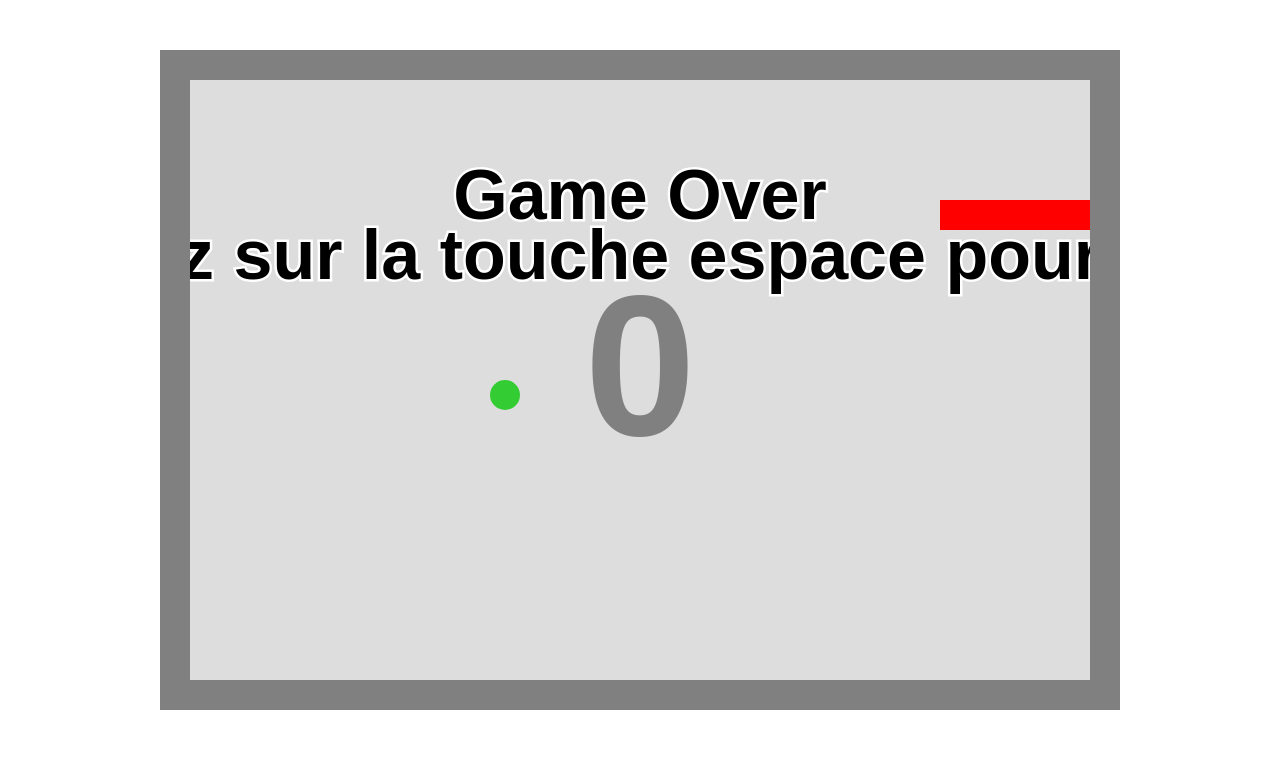
Repository: Loetitia27006/snake
Page: index.html
These files come from the project's save history. The page is drawn as it stood at one moment and after the next save; the edit follows.
The browser window is 1280 px wide. The pictures show the whole page.

Above is the page before, as saved 2023-03-24 16:44:59.

### index.html
<!DOCTYPE html>
<html lang="en">
<head>
    <meta charset="UTF-8">
    <meta http-equiv="X-UA-Compatible" content="IE=edge">
    <meta name="viewport" content="width=device-width, initial-scale=1.0">
    <title>Snake Game</title>
</head>
<body>

</body>
<script src="script.js"></script>
</html>

### script.js
window.onload = function () {
  var canvasWidth = 900;
  var canvasHeight = 600;
  var blockSize = 30;
  var ctx;
  var delay = 100;
  var snakee;
  var applee;
  var widthInBlocks = canvasWidth/blockSize;
  var heightInBlocks = canvasHeight/blockSize;
  var score;

  init();

  function init() {
    var canvas = document.createElement("canvas");
    canvas.width = canvasWidth;
    canvas.height = canvasHeight;
    canvas.style.border = "30px solid gray";
    canvas.style.margin = "50px auto";
    canvas.style.display = "block";
    canvas.style.backgroundColor = "#ddd";
    document.body.appendChild(canvas);
    ctx = canvas.getContext("2d");
    snakee = new Snake([[6, 4],[5, 4],[4, 4],[3, 4], [2, 4]], "right");
    applee = new Apple([10, 10]);
    score = 0;
    refreshCanvas();
  }

  function refreshCanvas() {
    snakee.advance();
    if(snakee.checkCollision()){
        gameOver();
    }else{
      if(snakee.isEatingApple(applee)){
        score++;
        snakee.ateApple = true;
        do{
          applee.setNewPosition();
        }while(applee.isOnSnake(snakee))
      }
      ctx.clearRect(0, 0, canvasWidth, canvasHeight);
      drawScore();
      snakee.draw();
      applee.draw();
      setTimeout(refreshCanvas, delay);
    }

  }
  function gameOver(){
    ctx.save();
    ctx.font = "bold 70px sans-serif";
    ctx.fillStyle = "black";
    ctx.textAlign = "center";
    ctx.textBaseline = "middle";
    ctx.strokeStyle = "white";
    ctx.lineWidth = 5;
    centreX = canvasWidth/2;
    centreY = canvasHeight/2;
    ctx.strokeText("Game Over", centreX, centreY - 180);
    ctx.fillText("Game Over", centreX, centreY-180);
    ctx.strokeText(
      "Appuyez sur la touche espace pour rejouer",
      centreX,
      centreY - 120
    );
    ctx.fillText("Appuyez sur la touche espace pour rejouer",centreX ,centreY-120);

    ctx.restore();
  }

  function restart(){
    snakee = new Snake(
      [
        [6, 4],
        [5, 4],
        [4, 4],
        [3, 4] ,
        [2, 4],
      ],
      "right"
    );
    applee = new Apple([10, 10]);
    score = 0;
    refreshCanvas();
  }

  function drawScore(){
    ctx.save();
    ctx.font = "bold 200px sans-serif";
    ctx.fillStyle = "gray";
    ctx.textAlign = "center";
    ctx.textBaseline = "middle";
    var centreX = canvasWidth/2;
    var centreY = canvasHeight/2;
    ctx.fillText(score.toString(), centreX, centreY);
    ctx.restore();
  }

  function drawBlock(ctx, position){
    var x = position[0] * blockSize;
    var y = position[1] * blockSize;
    ctx.fillRect(x, y, blockSize, blockSize)
  }

  function Snake(body, direction) {
    this.body = body;
    this.direction = direction
    this.ateApple = false;
    this.draw = function () {
      ctx.save();
      ctx.fillStyle = "#ff0000";
      for (var i = 0; i < this.body.length; i++) {
        drawBlock(ctx, this.body[i]);
      }
      ctx.restore();
    };
    this.advance = function () {
        var nextPosition = this.body[0].slice();
        switch (this.direction) {
          case "left":
            nextPosition[0] -= 1;
            break;
          case "right":
            nextPosition[0] += 1;
            break;
          case "down":
            nextPosition[1] += 1;
            break;
          case "up":
            nextPosition[1] -= 1;
            break;
          default:
            throw("Invalid direction" + this.direction);
        }
        this.body.unshift(nextPosition);
        if(!this.ateApple)
          this.body.pop();
        else
          this.ateApple = false;
    };
    this.setDirection= function(newDirection) {
      var allowedDirection;
      switch (this.direction) {
        case "left":
        case "right":
          allowedDirection = ["up", "down"];
          break;
        case "down":
        case "up":
          allowedDirection = ["left", "right"];
          break;
        default:
          throw("invalid direction: " + this.direction);
      }
      if(allowedDirection.indexOf(newDirection)>-1){
        this.direction = newDirection;
      }
    }
    this.checkCollision = function(){
      var wallCollision = false;
      var snakeCollision = false;
      var head = this.body[0];
      var rest = this.body.slice(1);
      var snakeX = head[0];
      var snakeY = head[1];
      var minX = 0;
      var minY = 0;
      var maxX = widthInBlocks - 1;
      var maxY = heightInBlocks - 1;
      var isNotBetweenHorizontalWalls = snakeX < minX || snakeX > maxX;
      var isNotBetweenVerticalWalls = snakeY < minY || snakeY > maxY;

      if(isNotBetweenHorizontalWalls || isNotBetweenVerticalWalls) {
        wallCollision = true;
      }
      for(var i = 0; i < rest.length; i++) {
        if(snakeX === rest[i][0] && snakeY === rest[i][1]) {
          snakeCollision = true;
      }
    }
    return wallCollision || snakeCollision;
  };
  this.isEatingApple = function (appleToEat) {
    var head = this.body[0];
    if (
      head[0] === appleToEat.position[0] &&
      head[1] === appleToEat.position[1]
    ) {
      return true;
    } else {
      return false;
    }
  };
}
  function Apple(position){
    this.position = position;
    this.draw = function(){
      ctx.save();
      ctx.fillStyle = "#33cc33";
      var radius = blockSize/2;
      var x = this.position[0]*blockSize + radius;
      var y = this.position[1]*blockSize + radius;
      ctx.beginPath();
      ctx.arc(x, y, radius, 0, Math.PI*2, true);
      ctx.fill();
      ctx.restore();
    }
    this.setNewPosition = function(){
      var newX = Math.round(Math.random()*(widthInBlocks - 1));
      var newY = Math.round(Math.random()*(heightInBlocks - 1));
      this.position = [newX, newY];
    }
    this.isOnSnake = function(snakeToCheck){
      var isOnSnake = false;
      for(var i=0; i< snakeToCheck.body.length; i++){
        if (this.position[0]=== snakeToCheck.body[i][0] && this.position[1]=== snakeToCheck.body[i][1]){
          isOnSnake = true;
        }
      }
      return isOnSnake;
    }
  }

  document.onkeydown = function handleKeyDown(e) {
    var key = e.keyCode;
    var newDirection;
    switch (key) {
      case 37:
        newDirection = "left";
        break;
      case 38:
        newDirection = "up";
        break;
      case 39:
        newDirection = "right";
        break;
      case 40:
        newDirection = "down";
        break;
      case 32:
        restart();
        return;
      default:
        return;
    }
    snakee.setDirection(newDirection);
  };
};

After the next save:
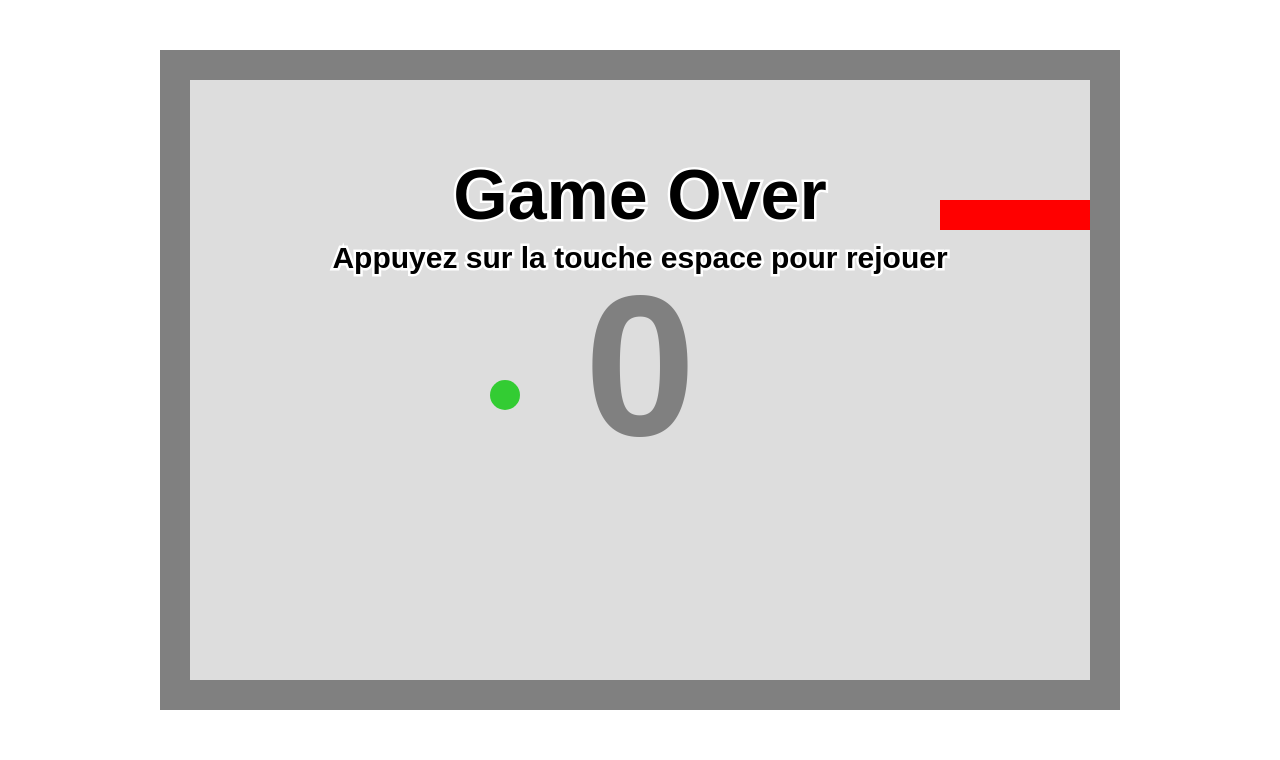
Saved 50 s later.
--- a/script.js
+++ b/script.js
@@ -60,6 +60,7 @@ window.onload = function () {
     centreY = canvasHeight/2;
     ctx.strokeText("Game Over", centreX, centreY - 180);
     ctx.fillText("Game Over", centreX, centreY-180);
+    ctx.font = "bold 30px sans-serif";
     ctx.strokeText(
       "Appuyez sur la touche espace pour rejouer",
       centreX,
